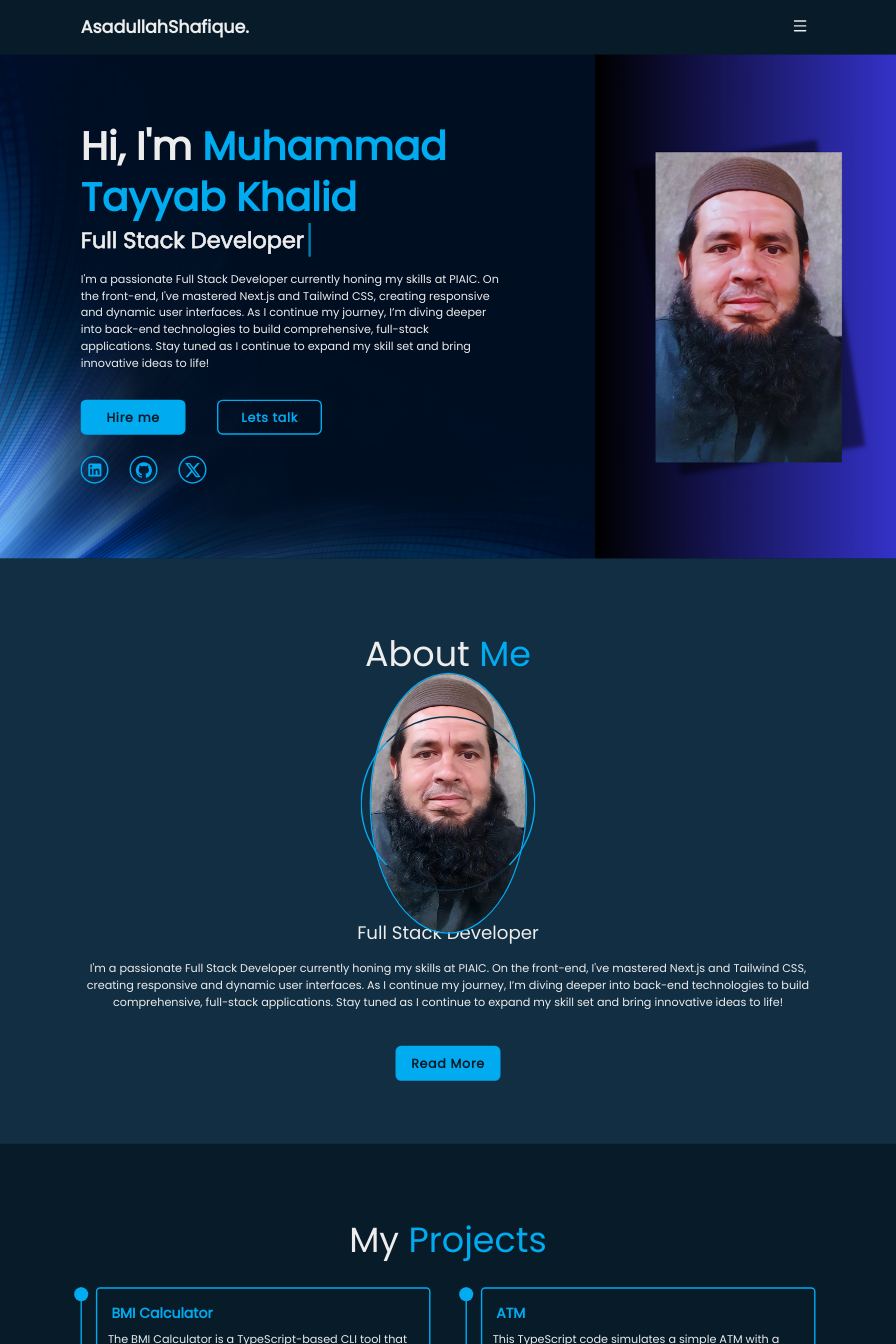
Repository: asadullah48/nextjs_projects_portfolio
Page: /
An editor plug-in stored every save of this project. The page is shown before and after the next save, followed by the edit.
The browser window is 1280 px wide. The pictures show the part of the page from y = 0 to 1920 px (the page is 4234 px tall), at 70% of full size.
The project was rebuilt for these pictures with package versions that can differ from the ones it lists, and the page was loaded fresh each time. The framework's server and built-in components were replaced by stand-ins that run in the browser. Also part of the build but not shown: next.config.ts.

Above is the page before, as saved 2024-11-13 13:32:01.

After the next save:
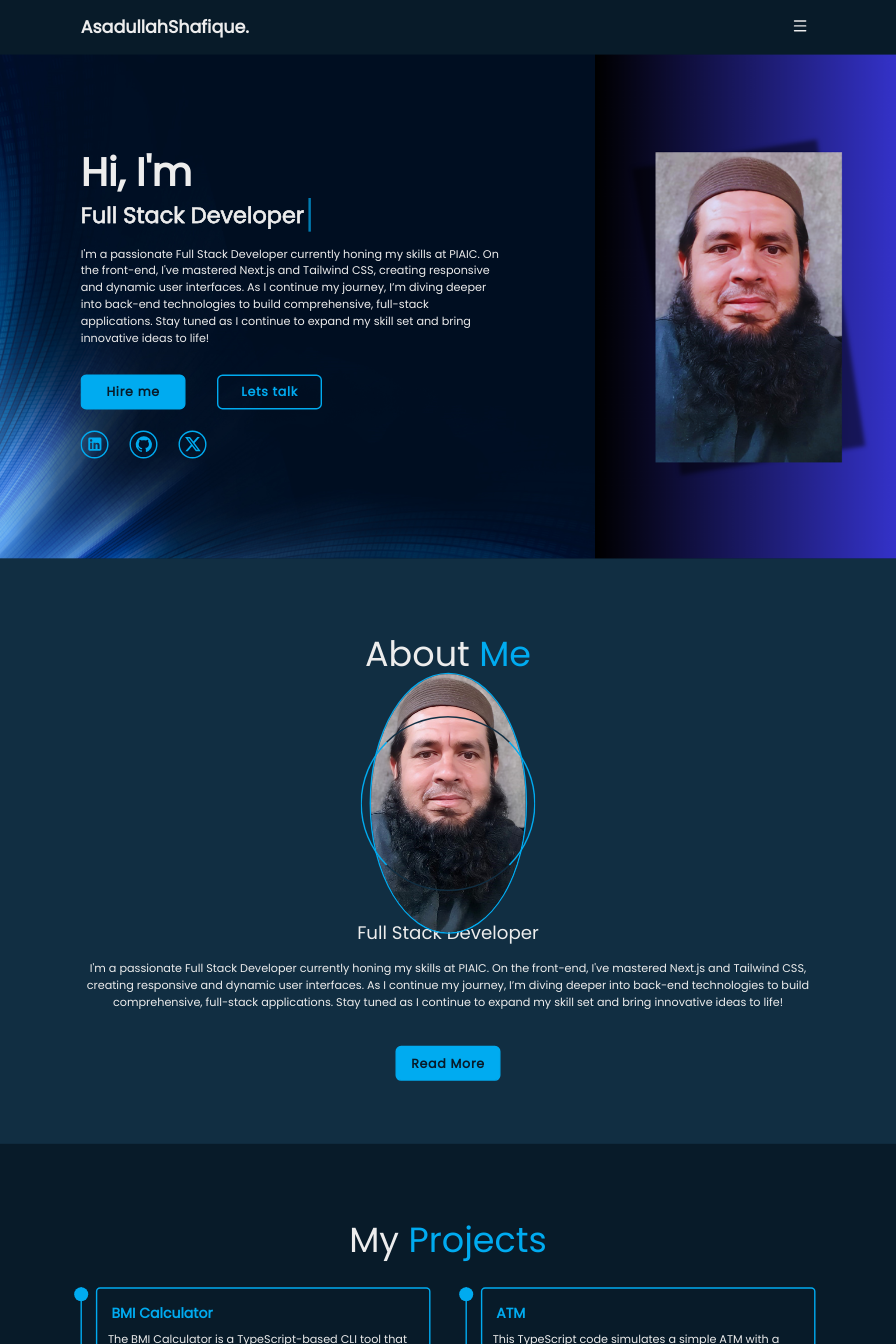
Saved 45 s later.
--- a/src/app/page.tsx
+++ b/src/app/page.tsx
@@ -126,7 +126,7 @@ active:text-[var(--main-color)]"
       <section className={`home bg-[url('../../public/fullSizeImge1.jpg')] bg-cover bg-center transition-opacity duration-300 ${isSidebarOpen ? "opacity-50" : "opacity-100"}`} id="home">
         <div className="home-content">
           <h1>
-            Hi, I'm<span> Muhammad Tayyab Khalid</span>{" "}
+            Hi, I'm<span> </span>{" "}
           </h1>
           <div className="text-animated">
             <h3>Full Stack Developer</h3>
